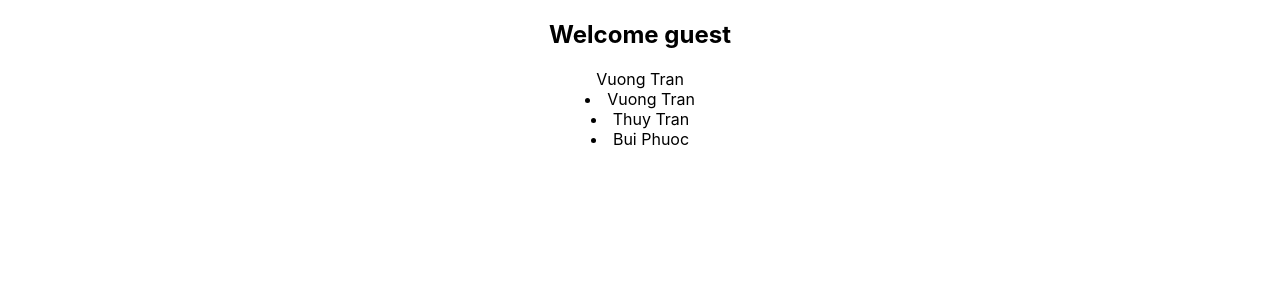
Repository: vuongtm1999/ALTA-exercise-1
Page: /
These files come from the project's save history. The page is drawn as it stood at one moment and after the next save; the edit follows.
The browser window is 1280 px wide. The pictures show the whole page.
The project was rebuilt for these pictures with package versions that can differ from the ones it lists, and the page was loaded fresh each time.

Above is the page before, as saved 2022-10-25 15:07:32.

After the next save:
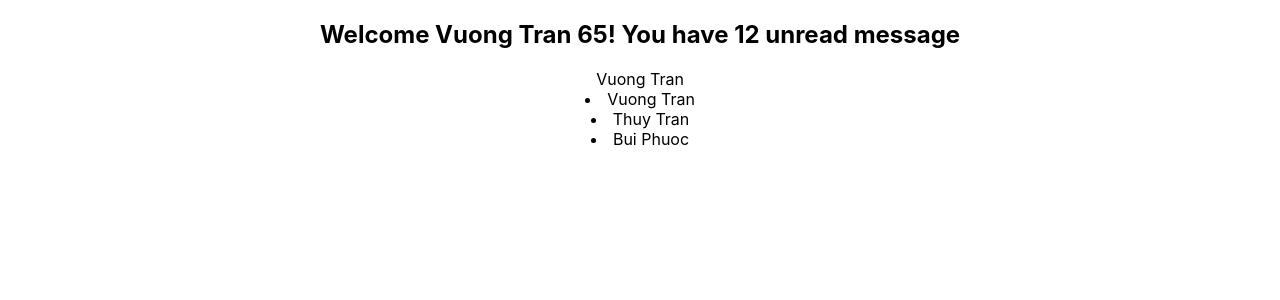
Saved 3 s later.
--- a/src/App.tsx
+++ b/src/App.tsx
@@ -25,7 +25,7 @@ function App() {
   ]
   return (
     <div className="App">
-      <Greet  />
+      <Greet name="Vuong Tran 65" messageCount={12} isLoggedIn={true}  />
       <Person name={personName} />
       <PersonList names={listName} />
     </div>
